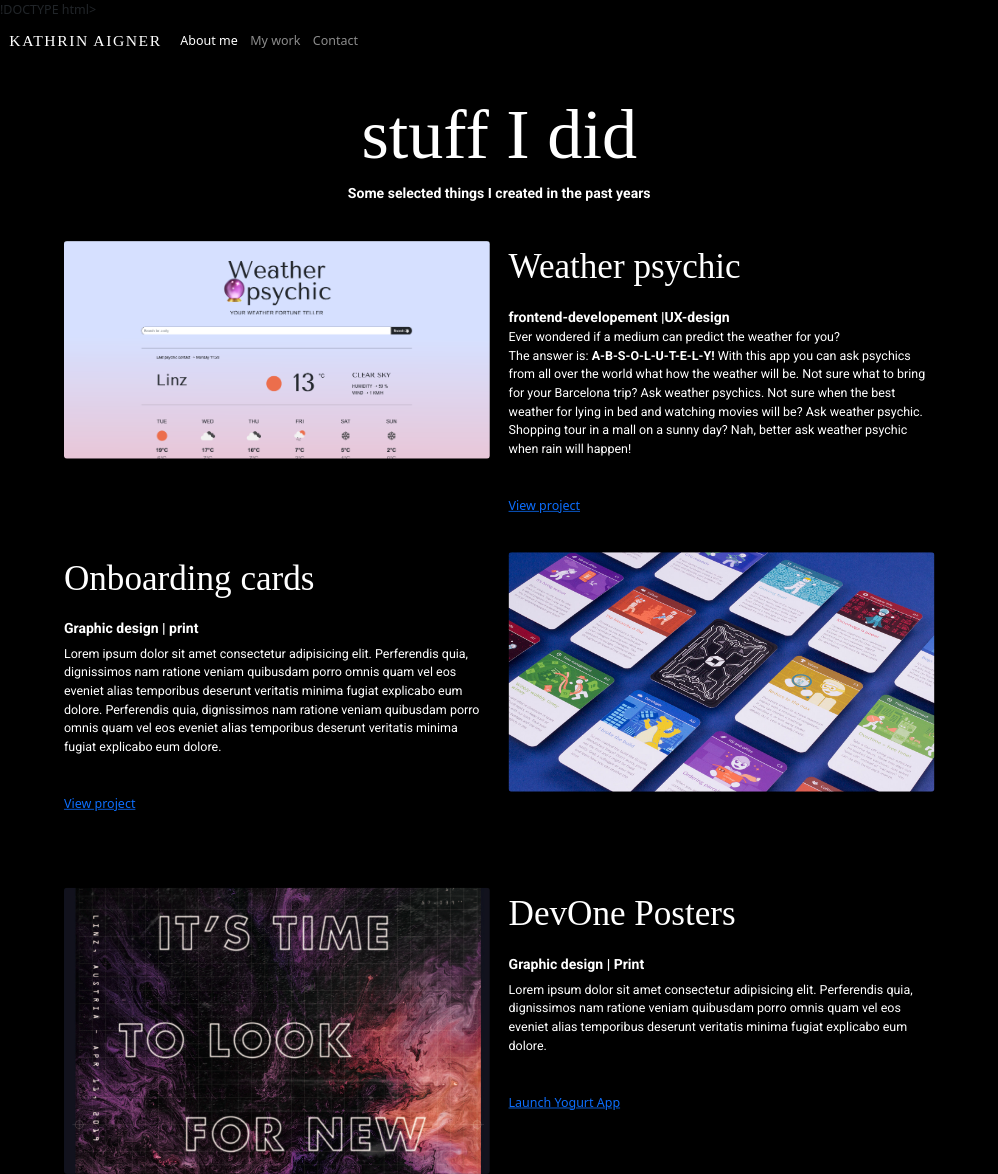
Repository: kathrin-aigner/Portfolio-2022
Page: work.html
These files come from the project's save history. The page is drawn as it stood at one moment and after the next save; the edit follows.
The browser window is 1280 px wide. The pictures show the whole page, at 78% of full size.
Some web fonts or font styles are not loaded; a fallback is used. Some web libraries are served in a nearby version.

Above is the page before, as saved 2022-03-28 13:27:09.

### work.html
!DOCTYPE html>
<html lang="en">
  <head>
    <meta charset="UTF-8" />
    <meta http-equiv="X-UA-Compatible" content="IE=edge" />
    <meta name="viewport" content="width=device-width, initial-scale=1.0" />
    <link
      href="https://cdn.jsdelivr.net/npm/bootstrap@5.1.3/dist/css/bootstrap.min.css"
      rel="stylesheet"
      integrity="sha384-1BmE4kWBq78iYhFldvKuhfTAU6auU8tT94WrHftjDbrCEXSU1oBoqyl2QvZ6jIW3"
      crossorigin="anonymous"
    />
    <script
      src="https://cdn.jsdelivr.net/npm/bootstrap@5.1.3/dist/js/bootstrap.bundle.min.js"
      integrity="sha384-ka7Sk0Gln4gmtz2MlQnikT1wXgYsOg+OMhuP+IlRH9sENBO0LRn5q+8nbTov4+1p"
      crossorigin="anonymous"
    ></script>
    <link rel="preconnect" href="https://fonts.googleapis.com" />
    <link rel="preconnect" href="https://fonts.gstatic.com" crossorigin />
    <link
      href="https://fonts.googleapis.com/css2?family=Dela+Gothic+One&family=Roboto:wght@400;500;700&display=swap"
      rel="stylesheet"
    />
    <script
      src="https://kit.fontawesome.com/9a62a34935.js"
      crossorigin="anonymous"
    ></script>

    <link rel="stylesheet" href="/css/styles.css" />
    <title>Welcome to my portfolio – Kathrin Aigner</title>
  </head>
  <body>
    <nav class="navbar navbar-expand-lg navbar-dark text-end">
      <div class="container-fluid">
        <a class="navbar-brand text-uppercase" href="#">Kathrin Aigner</a>
        <button
          class="navbar-toggler"
          type="button"
          data-bs-toggle="collapse"
          data-bs-target="#navbarSupportedContent"
          aria-controls="navbarSupportedContent"
          aria-expanded="false"
          aria-label="Toggle navigation"
        >
          <span class="navbar-toggler-icon"></span>
        </button>
        <div class="collapse navbar-collapse" id="navbarSupportedContent">
          <ul class="navbar-nav me-auto mb-2 mb-lg-0">
            <li class="nav-item">
              <a
                class="nav-link active"
                aria-current="page"
                href="/about.html"
                title="more information about me"
                >About me</a
              >
            </li>
            <li class="nav-item">
              <a class="nav-link" href="/work.html" title="View my work here"
                >My work</a
              >
            </li>
            <li class="nav-item">
              <a class="nav-link" href="/contact.html" title="how to contact me"
                >Contact</a
              >
            </li>
          </ul>
        </div>
      </div>
    </nav>
    <div class="container mb-5">
      <div class="header-page text-center mb-3 mt-5">
  stuff I did
      </div>
      <div class="introduction text-center">
        Some selected things I created in the past years
      </div>
    </div>
    <div class="container">

      <div class="row">
        <div class="col-md-6">
          <img
            src="/images/wheater psychic.png"
            class="img-fluid rounded"
            alt="picture showing a preview of the weather homepage"
          />
        </div>
        <div class="col-sm-6">
          <div class="project-header mb-3">Weather psychic</div>
          <div class="introduction"> frontend-developement |UX-design </div>
          <p class="page-section">
            Ever wondered if a medium can predict the weather for you? </br>The
            answer is: <strong>A-B-S-O-L-U-T-E-L-Y!</strong> With this app you
            can ask psychics from all over the world what how the weather will be.
            Not sure what to bring for your Barcelona trip? Ask weather psychics.
            Not sure when the best weather for lying in bed and watching movies
            will be? Ask weather psychic. Shopping tour in a mall on a sunny
            day? Nah, better ask weather psychic when rain will happen!
          </p>
          <div class="mt-5">
            <a href="#" class="primary-link" title="click to launch weather psychic"
              >View project</a
            >
          </div>
        </div>
      </div>
      <div class="row mt-5">
        <div class="col-sm-6">
          <div class="project-header mb-3">Onboarding cards</div>
          <div class="introduction mb-2"> Graphic design | print </div>
          <p class="page-section text-right">
            Lorem ipsum dolor sit amet consectetur adipisicing elit. Perferendis
            quia, dignissimos nam ratione veniam quibusdam porro omnis quam vel
            eos eveniet alias temporibus deserunt veritatis minima fugiat
            explicabo eum dolore. Perferendis
            quia, dignissimos nam ratione veniam quibusdam porro omnis quam vel
            eos eveniet alias temporibus deserunt veritatis minima fugiat
            explicabo eum dolore.
          </p>
          <div class="mb-5 mt-5">
            <a href="#" class="primary-link" title="Click to view the project"
              >View project</a
            >
          </div>
        </div>
        <div class="col-sm-6">
          <img
            src="/images/onboarding-cards.jpg"
            class="img-fluid rounded"
            alt="picture showing card game"
          />
        </div>
      </div>
      <div class="row mt-5">
        <div class="col-sm-6">
          <img
            src="/images/devOne.png"
            class="img-fluid rounded"
            alt="picture showing a preview of the website about yoghurt"
          />
        </div>
        <div class="col-sm-6">
          <div class="project-header mb-3">DevOne Posters</div>
          <div class="introduction mb-2">
          Graphic design | Print
          </div>
          <p class="page-section">
            Lorem ipsum dolor sit amet consectetur adipisicing elit. Perferendis
            quia, dignissimos nam ratione veniam quibusdam porro omnis quam vel
            eos eveniet alias temporibus deserunt veritatis minima fugiat
            explicabo eum dolore.
          </p>
          <div class="mt-5">
            <a href="#" class="primary-link" title="click to launch yogurt app"
              >Launch Yogurt App</a
            >
          </div>
        </div>
      </div>
    </div>
  </body>
</html>

### css/styles.css
:root {
  --primary-color: white;
  --secondary-color: black;
  --heading-font-family: "Dela Gothic One", cursive;
  --default-font-family: "Roboto", sans-serif;
}

body {
  background-color: var(--secondary-color);
}

.herosection {
  text-align: center;
  padding: 160px 0;
}
.header {
  line-height: 1em;
  font-family: var(--heading-font-family);
  font-size: 200px;
  color: var(--primary-color);
}
.subheader {
  font-size: 32px;
  color: var(--primary-color);
  font-family: var(--default-font-family);
}
.header-page {
  line-height: 1em;
  font-size: 90px;
  color: var(--primary-color);
  font-family: var(--heading-font-family);
}
.project-header {
  font-size: 45px;
  color: var(--primary-color);
  font-family: var(--heading-font-family);
}
.page-section {
  font-size: 16px;
  color: var(--primary-color);
  font-family: var(--default-font-family);
}

.introduction {
  font-size: 18px;
  font-weight: bold;
  color: var(--primary-color);
  font-family: var(--default-font-family);
}
.navbar-brand {
  font-family: var(--heading-font-family);

  letter-spacing: 0.1em;
}

.btn-primary {
  font-family: var(--default-font-family);
  border: 2px solid var(--primary-color);
  background: var(--secondary-color);
  padding: 12px 48px;
}

.project-preview {
  max-width: 500px;
}

After the next save:
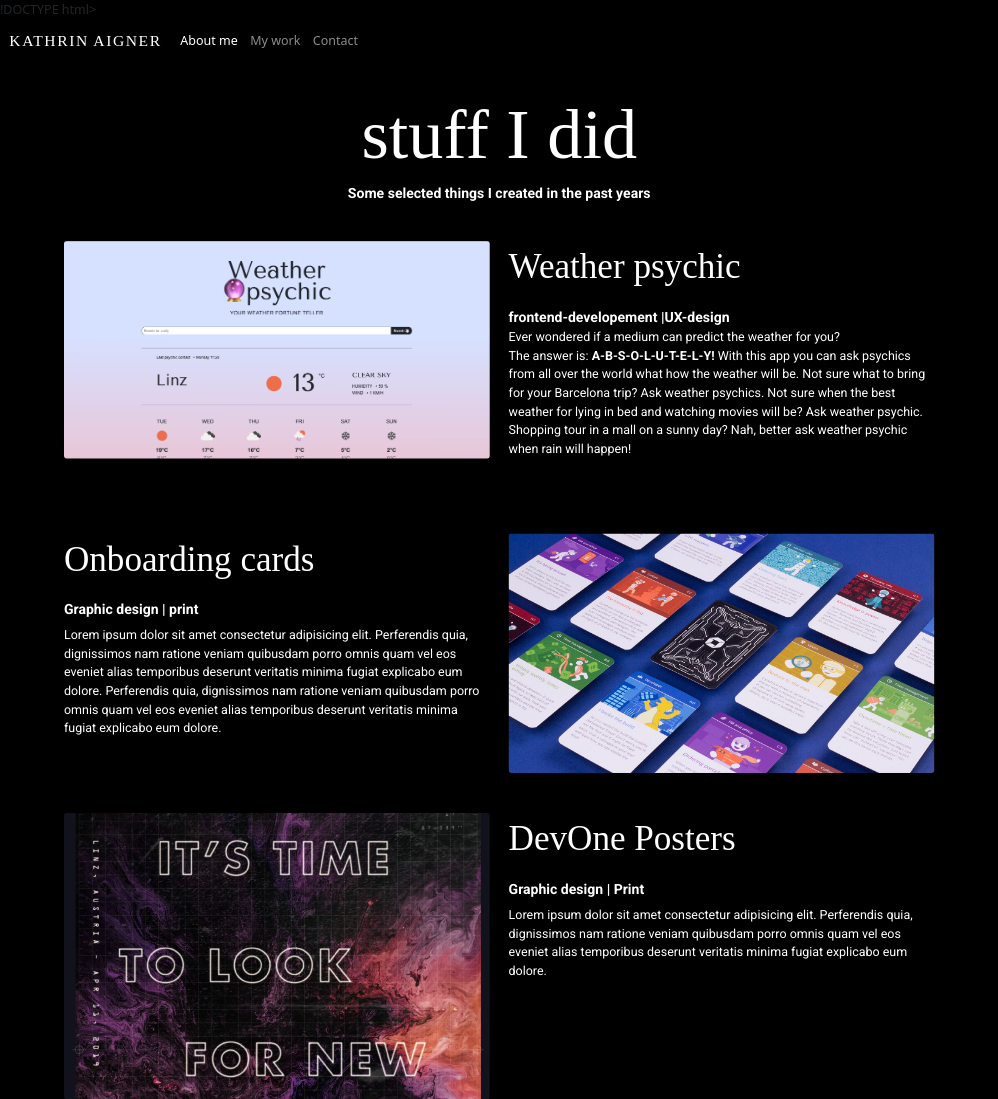
Saved 93 s later.
--- a/work.html
+++ b/work.html
@@ -100,9 +100,7 @@
             day? Nah, better ask weather psychic when rain will happen!
           </p>
           <div class="mt-5">
-            <a href="#" class="primary-link" title="click to launch weather psychic"
-              >View project</a
-            >
+
           </div>
         </div>
       </div>
@@ -120,9 +118,8 @@
             explicabo eum dolore.
           </p>
           <div class="mb-5 mt-5">
-            <a href="#" class="primary-link" title="Click to view the project"
-              >View project</a
-            >
+
+
           </div>
         </div>
         <div class="col-sm-6">
@@ -153,9 +150,7 @@
             explicabo eum dolore.
           </p>
           <div class="mt-5">
-            <a href="#" class="primary-link" title="click to launch yogurt app"
-              >Launch Yogurt App</a
-            >
+
           </div>
         </div>
       </div>
